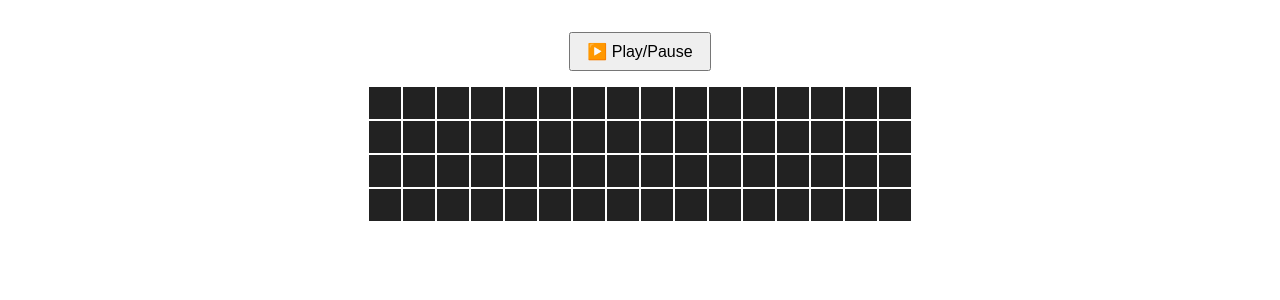
Repository: Aldentec/8-bit-Composer
Page: index.html
These files come from the project's save history. The page is drawn as it stood at one moment and after the next save; the edit follows.
The browser window is 1280 px wide. The pictures show the whole page.
Some web libraries are served in a nearby version.

Above is the page before, as saved 2025-05-27 18:02:19.

After the next save:
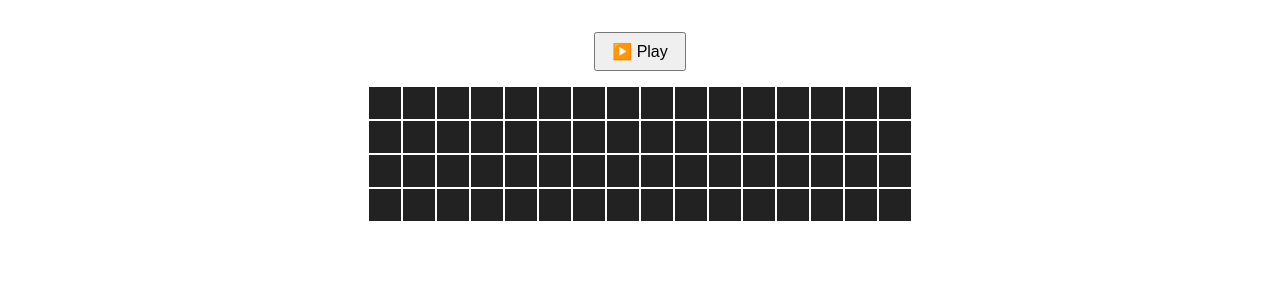
Saved 7 s later.
--- a/index.html
+++ b/index.html
@@ -2,15 +2,17 @@
 <html lang="en">
 <head>
   <meta charset="UTF-8">
-  <title>Simple 8-Bit Grid</title>
+  <title>Modular 8-Bit Sequencer</title>
   <link rel="stylesheet" href="style.css">
 </head>
 <body>
-  <button id="play">▶️ Play/Pause</button>
+  <div id="controls">
+    <button id="play">▶️ Play</button>
+  </div>
   <div id="grid"></div>
 
-  <!-- load Tone.js -->
+  <!-- Tone.js as global, then our modules -->
   <script src="node_modules/tone/build/Tone.js"></script>
-  <script src="main.js"></script>
+  <script type="module" src="js/main.js"></script>
 </body>
 </html>
